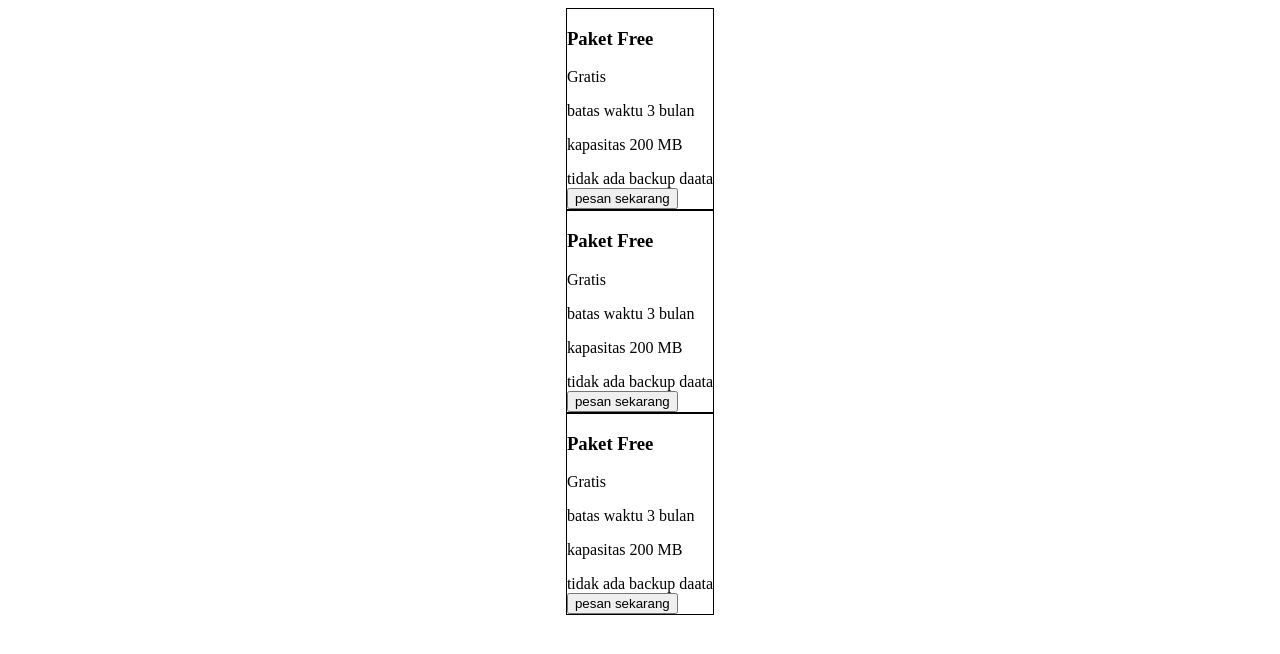
Repository: AHSANS354/tugas-sib5
Page: tugas css/index.html
The author's editor kept a copy of each file at every save. The page is drawn from the files as they stood at one save, then again after the next save.
The browser window is 1280 px wide. The pictures show the whole page.

Above is the page before, as saved 2023-08-29 14:58:04.

### tugas css/index.html
<!DOCTYPE html>
<html lang="en">
  <head>
    <meta charset="UTF-8" />
    <meta name="viewport" content="width=device-width, initial-scale=1.0" />
    <title>Tugas css eksternal</title>
    <link rel="stylesheet" href="style.css" />
  </head>
  <body>
    <!-- <table>
      <tr>
        <th>
          <p>paket free</p>
          <p>gratis</p>
        </th>
        <th>
          <p>paket premium</p>
          <p>rp.350.000,-</p>
        </th>
        <th>
          <p>paket profesional</p>
          <p>rp.500.000,-</p>
        </th>
      </tr>
      <tr>
        <td>batas waktu 3 bulan</td>
        <td>batas waktu 1 tahun</td>
        <td>batas waktu 2 tahun</td>
      </tr>
      <tr>
        <td>kapasitas 200 MB</td>
        <td>kapasitas 1GB</td>
        <td>kapasitas 3GB</td>
      </tr>
      <tr>
        <td>tidak ada backup data</td>
        <td>dilengkapi backup data</td>
        <td>dilengkapi backup data</td>
      </tr>
      <tr>
        <td>pesan sekarang</td>
        <td>pesan sekarang</td>
        <td>bonus domain</td>
      </tr>
      <tr>
        <td colspan="2"></td>
        <td>pesan sekarang</td>
      </tr>
    </table> -->
    <div class="container">
      <div class="row">
        <div class="col">
          <div class="card">
            <div class="header">
              <div>
                <h3>Paket Free</h3>
              </div>
              <div>
                <p>Gratis</p>
              </div>
            </div>
            <div class="content">
              <div>
                <p>batas waktu 3 bulan</p>
              </div>
              <div>
                <p>kapasitas 200 MB</p>
              </div>
              <div>tidak ada backup daata</div>
              <div>
                <button type="button">pesan sekarang</button>
              </div>
            </div>
          </div>
          <div class="card">
            <div class="header">
              <div>
                <h3>Paket Free</h3>
              </div>
              <div>
                <p>Gratis</p>
              </div>
            </div>
            <div class="content">
              <div>
                <p>batas waktu 3 bulan</p>
              </div>
              <div>
                <p>kapasitas 200 MB</p>
              </div>
              <div>tidak ada backup daata</div>
              <div>
                <button type="button">pesan sekarang</button>
              </div>
            </div>
          </div>
          <div class="card">
            <div class="header">
              <div>
                <h3>Paket Free</h3>
              </div>
              <div>
                <p>Gratis</p>
              </div>
            </div>
            <div class="content">
              <div>
                <p>batas waktu 3 bulan</p>
              </div>
              <div>
                <p>kapasitas 200 MB</p>
              </div>
              <div>tidak ada backup daata</div>
              <div>
                <button type="button">pesan sekarang</button>
              </div>
            </div>
          </div>
        </div>
      </div>
    </div>
  </body>
</html>

### tugas css/style.css
th {
  border: 2px solid #000;
}

td {
  border: 2px solid #000;
}

.card {
  border: 1px solid black;
}

.row {
  display: flex;
  justify-content: space-around;
}

After the next save:
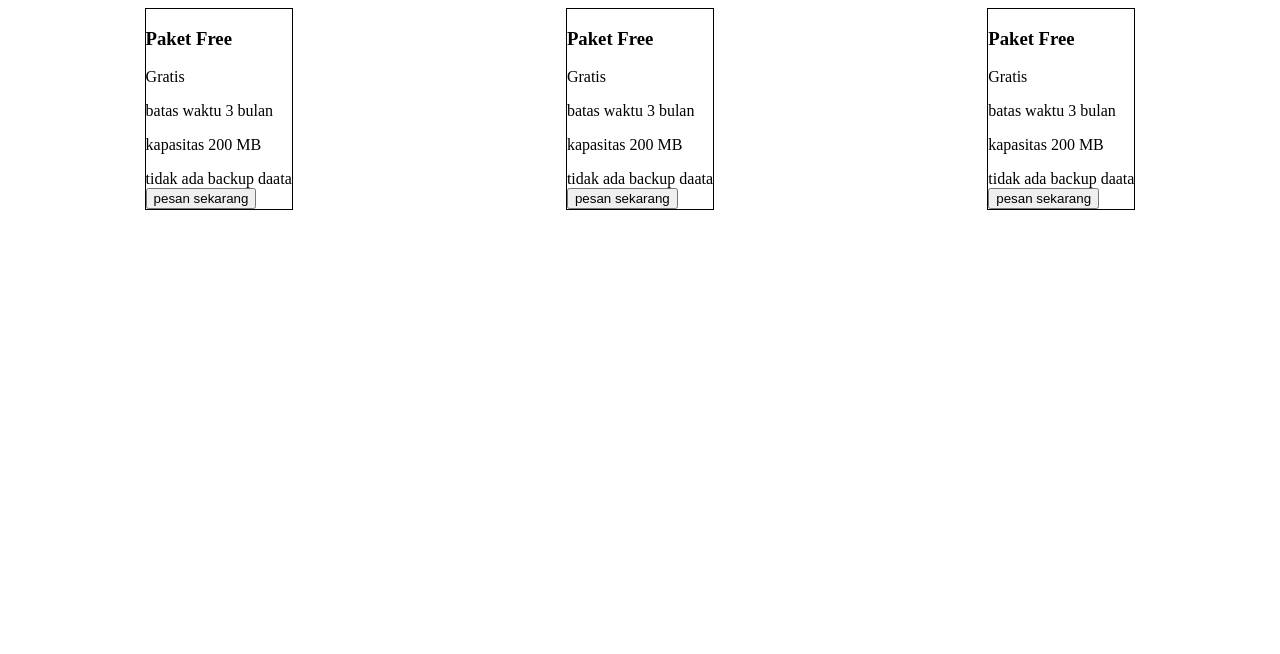
Saved 31 s later.
--- a/tugas css/style.css
+++ b/tugas css/style.css
@@ -10,7 +10,7 @@ td {
   border: 1px solid black;
 }
 
-.row {
+.col {
   display: flex;
   justify-content: space-around;
 }
